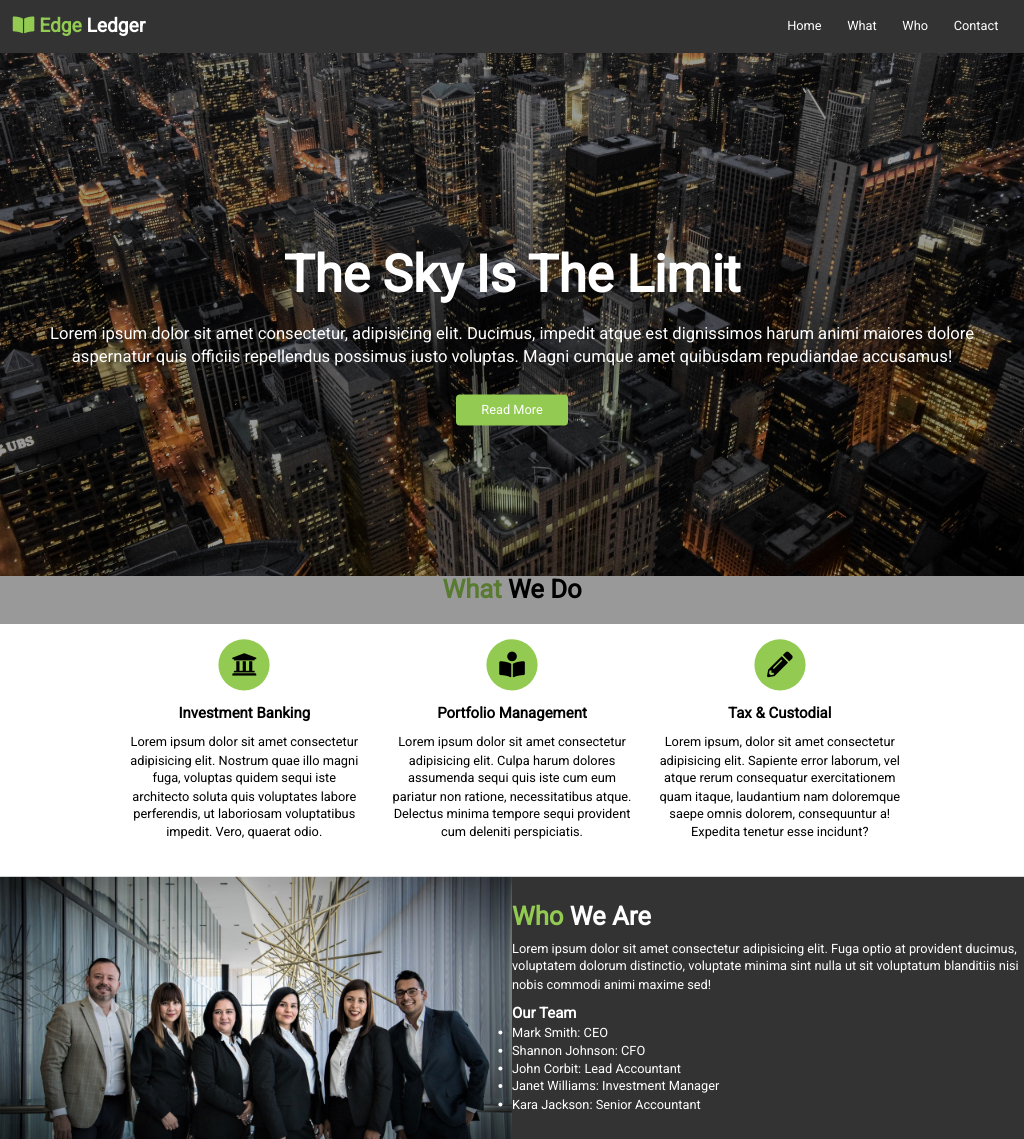
Repository: minhtien9/EdgeLedger-Financial-Web
Page: index.html
The author's editor kept a copy of each file at every save. The page is drawn from the files as they stood at one save, then again after the next save.
The browser window is 1280 px wide. The pictures show the whole page, at 80% of full size.

Above is the page before, as saved 2021-08-16 22:36:09.

### index.html
<!DOCTYPE html>
<html lang="en">

<head>
    <meta charset="UTF-8" />
    <meta http-equiv="X-UA-Compatible" content="IE=edge" />
    <meta name="viewport" content="width=device-width, initial-scale=1.0" />
    <link rel="stylesheet" href="https://cdnjs.cloudflare.com/ajax/libs/font-awesome/5.15.4/css/all.min.css" integrity="sha512-1ycn6IcaQQ40/MKBW2W4Rhis/DbILU74C1vSrLJxCq57o941Ym01SwNsOMqvEBFlcgUa6xLiPY/NS5R+E6ztJQ==" crossorigin="anonymous" referrerpolicy="no-referrer"
    />
    <link rel="stylesheet" media="screen and (max-width:768px)" href="css/mobile.css" />
    <link rel="stylesheet" media="screen  and (min-width:1100)" href="css/widescreen.css" />
    <link rel="stylesheet" href="css/style.css" />
    <title>EdgeLedger Financial | Accounting & Investment</title>
</head>

<body id="home">
    <!-- Navbar -->
    <nav id="navbar">
        <h1 class="logo">
            <span class="text-primary"> <i class="fas fa-book-open"></i> Edge </span
        >Ledger
      </h1>
      <ul>
        <li><a href="#home">Home</a></li>
        <li><a href="#what">What</a></li>
        <li><a href="#who">Who</a></li>
        <li><a href="#contact">Contact</a></li>
      </ul>
    </nav>
    <!-- Header: Showcase -->
    <header id="showcase">
      <div class="showcase-content">
        <h1 class="l-heading">The Sky Is The Limit</h1>
        <p class="lead">
          Lorem ipsum dolor sit amet consectetur, adipisicing elit. Ducimus,
          impedit atque est dignissimos harum animi maiores dolore aspernatur
          quis officiis repellendus possimus iusto voluptas. Magni cumque amet
          quibusdam repudiandae accusamus!
        </p>
        <a href="#what" class="btn">Read More</a>
      </div>
    </header>
    <!-- Section: What We Do -->
    <section id="what" class="bg-ligh py-1">
      <div class="container">
        <h2 class="m-heading text-center">
          <span class="text-primary">What</span> We Do
            </h2>
            <div class="items">
                <div class="item">
                    <i class="fas fa-university fa-2x"></i>
                    <div>
                        <h3>Investment Banking</h3>
                        <p>
                            Lorem ipsum dolor sit amet consectetur adipisicing elit. Nostrum quae illo magni fuga, voluptas quidem sequi iste architecto soluta quis voluptates labore perferendis, ut laboriosam voluptatibus impedit. Vero, quaerat odio.
                        </p>
                    </div>
                </div>
                <div class="item">
                    <i class="fas fa-book-reader fa-2x"></i>
                    <div>
                        <h3>Portfolio Management</h3>
                        <p>
                            Lorem ipsum dolor sit amet consectetur adipisicing elit. Culpa harum dolores assumenda sequi quis iste cum eum pariatur non ratione, necessitatibus atque. Delectus minima tempore sequi provident cum deleniti perspiciatis.
                        </p>
                    </div>
                </div>
                <div class="item">
                    <i class="fas fa-pencil-alt fa-2x"></i>
                    <div>
                        <h3>Tax & Custodial</h3>
                        <p>
                            Lorem ipsum, dolor sit amet consectetur adipisicing elit. Sapiente error laborum, vel atque rerum consequatur exercitationem quam itaque, laudantium nam doloremque saepe omnis dolorem, consequuntur a! Expedita tenetur esse incidunt?
                        </p>
                    </div>
                </div>
            </div>
            </div>
            </section>

            <!-- Section :Who We Are -->
            <section id="who">
                <div class="who-img"></div>
                <div class="who-text bg-dark p-2">
                    <h2 class="m-heading"><span class="text-primary">Who</span> We Are</h2>
                    <p>
                        Lorem ipsum dolor sit amet consectetur adipisicing elit. Fuga optio at provident ducimus, voluptatem dolorum distinctio, voluptate minima sint nulla ut sit voluptatum blanditiis nisi nobis commodi animi maxime sed!
                    </p>
                    <h3>Our Team</h3>
                    <ul class="list">
                        <li>Mark Smith: CEO</li>
                        <li>Shannon Johnson: CFO</li>
                        <li>John Corbit: Lead Accountant</li>
                        <li>Janet Williams: Investment Manager</li>
                        <li>Kara Jackson: Senior Accountant</li>
                    </ul>
                </div>
            </section>
</body>

</html>

### css/style.css
@import url('https://fonts.googleapis.com/css2?family=Roboto&display=swap');
* {
    box-sizing: border-box;
    margin: 0;
    padding: 0;
}

body {
    font-family: 'Roboto', sans-serif;
    line-height: 1.4;
}

a {
    text-decoration: none;
}

p {
    margin: 0.75rem 0;
}


/* Utility Classes */

.container {
    max-width: 1100px;
    margin: auto;
    padding: 0 2rem;
    overflow: hidden;
}

.text-center {
    text-align: center;
}

.text-primary {
    color: #93cb52;
}

.bg-light {
    background: #f4f4f4;
    color: #333;
}

.bg-dark {
    background: #333;
    color: #fff;
}

.l-heading {
    font-size: 4rem;
    margin-bottom: 0.75rem;
    line-height: 1.1;
}

.m-heading {
    font-size: 2rem;
    margin-bottom: 0.75rem;
    line-height: 1.1;
}

.lead {
    font-size: 1.3rem;
    margin-bottom: 2rem;
}

.p-1 {
    padding: 1.5rem 0;
}

.p-2 {
    padding: 2rem 0;
}

.p-3 {
    padding: 3rem 0;
}

.btn {
    display: inline-block;
    color: #fff;
    background: #93cb52;
    padding: 0.5rem 2rem;
    border: none;
    border-radius: 5px;
}

.btn:hover {
    background: #7ab436;
}

.btn-dark {
    background: #333;
    color: #fff;
}


/* Navbar */

#navbar {
    display: flex;
    top: 0;
    background: #333;
    color: #fff;
    justify-content: space-between;
    z-index: 1;
    padding: 1rem;
    position: fixed;
    width: 100%;
}

#navbar ul {
    display: flex;
    align-items: center;
    list-style: none;
}

#navbar ul li a {
    color: #fff;
    padding: 0.75rem;
    margin: 0 0.25rem;
}

#navbar ul li a:hover {
    background: #93cb52;
    border-radius: 5px;
}


/* Showcase */

#showcase {
    background: #333 url('../img/showcase.jpg') no-repeat center center/cover;
    height: 100vh;
    color: #fff;
}

#showcase .showcase-content {
    display: flex;
    flex-direction: column;
    text-align: center;
    justify-content: center;
    align-items: center;
    height: 100%;
    padding: 0 2rem;
    /* Overlay */
    position: absolute;
    top: 60px;
    left: 0;
    right: 0;
    bottom: 0;
    background-color: rgba(0, 0, 0, 0.4);
}


/* Section: What We Do */

#what .items {
    display: flex;
    padding: 1rem;
}

#what .items .item {
    flex: 1;
    text-align: center;
    padding: 1rem;
}

#what .items .item i {
    background: #93cb52;
    padding: 1rem;
    border-radius: 50%;
    margin-bottom: 1rem;
}


/* Section: Who We Are */

#who {
    display: flex;
}

#who div {
    flex: 1;
}

#who .who-img {
    background: url('../img/people.jpg') no-repeat center center/cover;
}

Loaded but not shown: css/mobile.css (no stored copy; drawn as an empty file); css/widescreen.css (no stored copy; drawn as an empty file)

After the next save:
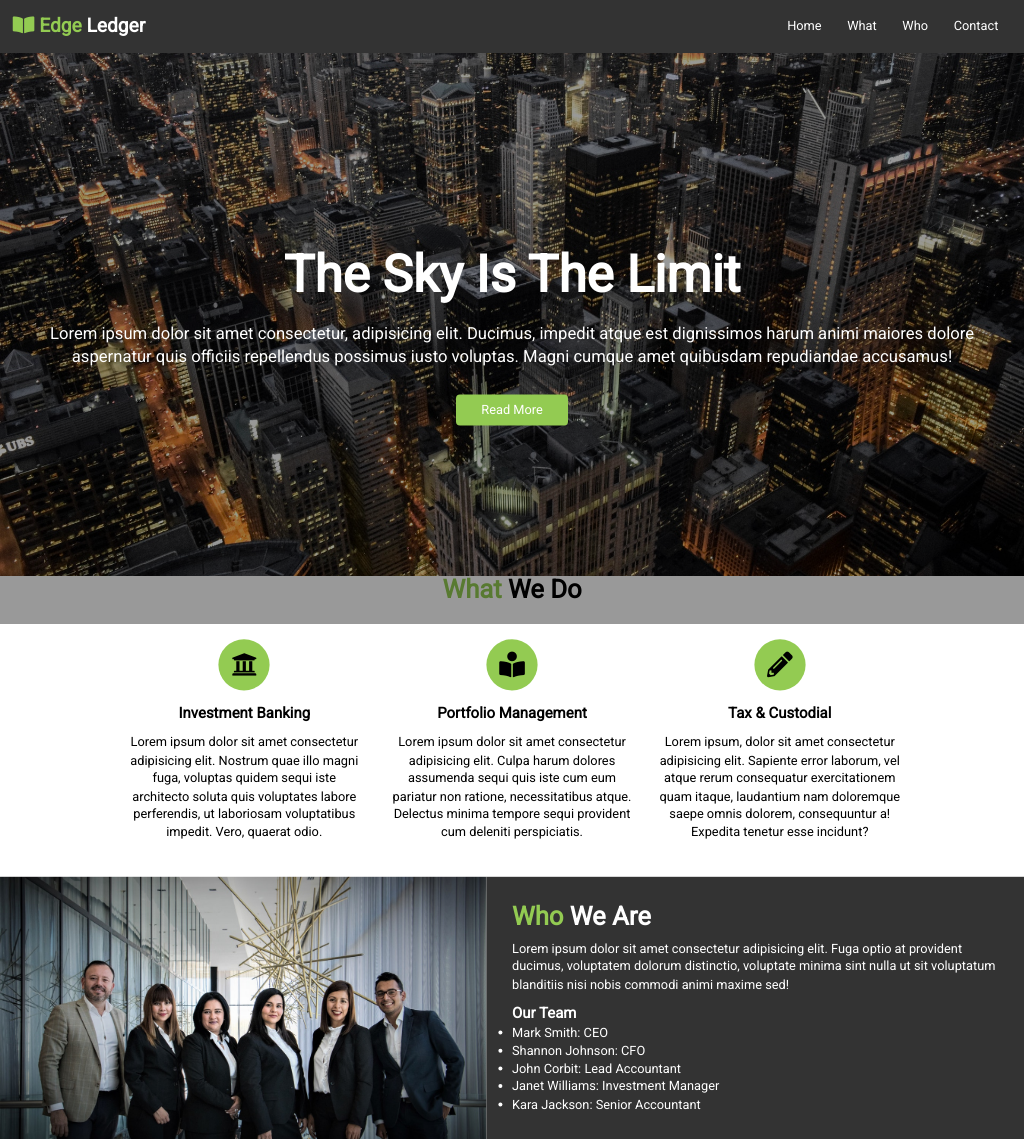
Saved 9 s later.
--- a/css/style.css
+++ b/css/style.css
@@ -64,15 +64,15 @@
 }
 
 .p-1 {
-    padding: 1.5rem 0;
+    padding: 1.5rem;
 }
 
 .p-2 {
-    padding: 2rem 0;
+    padding: 2rem;
 }
 
 .p-3 {
-    padding: 3rem 0;
+    padding: 3rem;
 }
 
 .btn {
